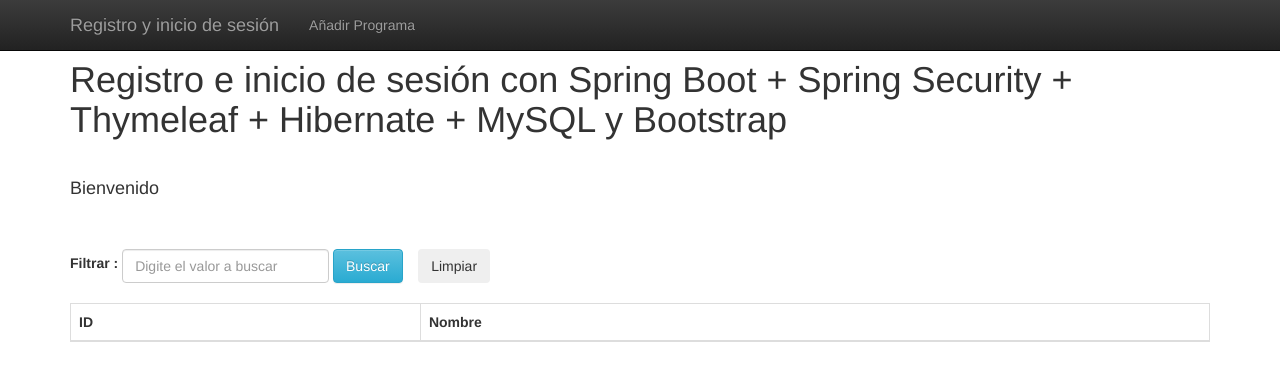
Repository: AndresBR2003/Proyecto-Integrador
Page: http://localhost/index
These files come from the project's save history. The page is drawn as it stood at one moment and after the next save; the edit follows.
The browser window is 1280 px wide. The pictures show the whole page.
The page is this project's Thymeleaf template; nobody is signed in. The template is opened directly, without the code that normally fills it, so the values that code supplies are empty.

Above is the page before, as saved 2023-10-14 21:34:07.
Console error (its wording comes from the project's code and is left out).

### UnidosPorUnPerúMejor/src/main/resources/templates/index.html
<!DOCTYPE html>
<html xmlns:th="http://www.thymeleaf.org"
	xmlns:sec="http://www.thymeleaf.org/thymeleaf-extras-springsecurity3">
<head>

<meta charset="utf-8">
<title>Inicio</title>
<!-- Latest compiled and minified CSS -->
<link rel="stylesheet"
	href="https://maxcdn.bootstrapcdn.com/bootstrap/3.3.7/css/bootstrap.min.css"
	integrity="sha384-BVYiiSIFeK1dGmJRAkycuHAHRg32OmUcww7on3RYdg4Va+PmSTsz/K68vbdEjh4u"
	crossorigin="anonymous">

<!-- Optional theme -->
<link rel="stylesheet"
	href="https://maxcdn.bootstrapcdn.com/bootstrap/3.3.7/css/bootstrap-theme.min.css"
	integrity="sha384-rHyoN1iRsVXV4nD0JutlnGaslCJuC7uwjduW9SVrLvRYooPp2bWYgmgJQIXwl/Sp"
	crossorigin="anonymous">
</head>
<body>


	<nav class="navbar navbar-inverse navbar-fixed-top">
		<div class="container">
			<div class="navbar-header">
				<button type="button" class="navbar-toggle collapsed"
					data-toggle="collapse" data-target="#navbar" aria-expanded="false"
					aria-controls="navbar">
					<span class="sr-only">Toggle navigation</span> <span
						class="icon-bar"></span> <span class="icon-bar"></span> <span
						class="icon-bar"></span>
				</button>
				<a class="navbar-brand" href="#" th:href="@{/}">Registro y
					inicio de sesión</a>
			</div>
			<div id="navbar" class="collapse navbar-collapse">
				<ul class="nav navbar-nav">
					<li sec:authorize="isAuthenticated()"><a th:href="@{/logout}">Cerrar
							sesión</a></li>
					<li><a th:href="@{/nuevo}">Añadir Programa</a></li>
				</ul>
			</div>
		</div>
	</nav>

	<br>
	<br>

	<div class="container">
		<h1>Registro e inicio de sesión con Spring Boot + Spring Security
			+ Thymeleaf + Hibernate + MySQL y Bootstrap</h1>
		<br>
		<h4>
			Bienvenido <span sec:authentication="principal.username"></span>
		</h4>

		<br> <br>

			<form class="form-inline" th:action="@{/}">
				<div class="form-group mb-2">
					<label>Filtrar : </label>
				</div>
				<div class="form-group mx-sm-3 mb-2">
					<input type="text" name="palabraClave" class="form-control" id="palabraClave" th:value="${palabraClave}" placeholder="Digite el valor a buscar" required>
				</div>
				<input type="submit" class="btn btn-info mb-2" value="Buscar">
				&nbsp;&nbsp;
				<input type="submit" class="btn btn-secondary mb-2" value="Limpiar">
			</form>
			<br>
		<table class="table table-striped table-bordered">
			<thead class="table-dark">
				<tr>
					<th>ID</th>
					<th>Nombre</th>
				</tr>
			</thead>
			<tbody>
				<tr th:each="p: ${listaProgramas}">
					<td th:text="${p.idPro}"></td>
					<td th:text="${p.nombrePro}"></td>
					<td>
						<a class="btn btn-primary" th:href="@{'/editar/' + ${p.idPro}}">Editar</a>
						&nbsp;
						<a class="btn btn-danger" th:href="@{'/eliminar/' + ${p.idPro}}">Eliminar</a>
					</td>
				</tr>
			</tbody>
		</table>
	</div>



	<!-- Latest compiled and minified JavaScript -->
	<script
		src="https://maxcdn.bootstrapcdn.com/bootstrap/3.3.7/js/bootstrap.min.js"
		integrity="sha384-Tc5IQib027qvyjSMfHjOMaLkfuWVxZxUPnCJA7l2mCWNIpG9mGCD8wGNIcPD7Txa"
		crossorigin="anonymous"></script>
</body>
</html>

After the next save:
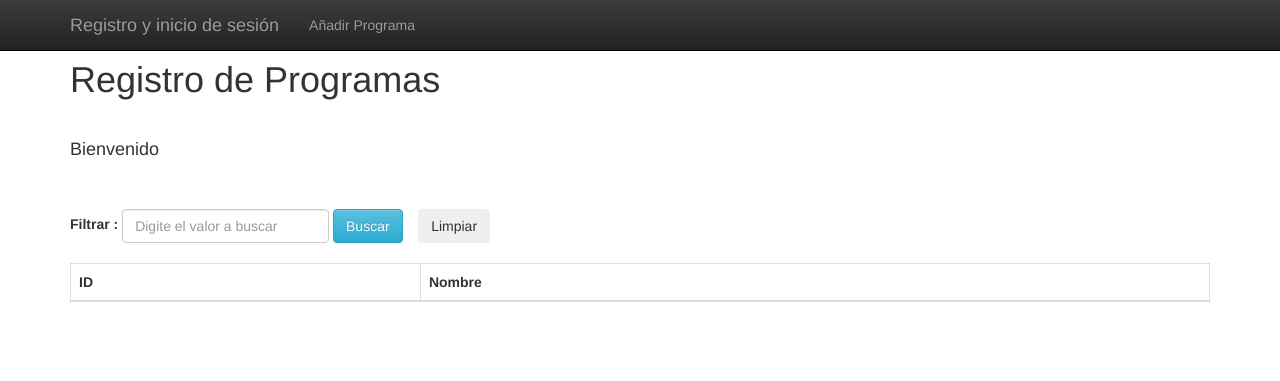
Saved 2 min 40 s later.
--- a/UnidosPorUnPerúMejor/src/main/resources/templates/index.html
+++ b/UnidosPorUnPerúMejor/src/main/resources/templates/index.html
@@ -47,8 +47,7 @@
 	<br>
 
 	<div class="container">
-		<h1>Registro e inicio de sesión con Spring Boot + Spring Security
-			+ Thymeleaf + Hibernate + MySQL y Bootstrap</h1>
+		<h1>Registro de Programas</h1>
 		<br>
 		<h4>
 			Bienvenido <span sec:authentication="principal.username"></span>
